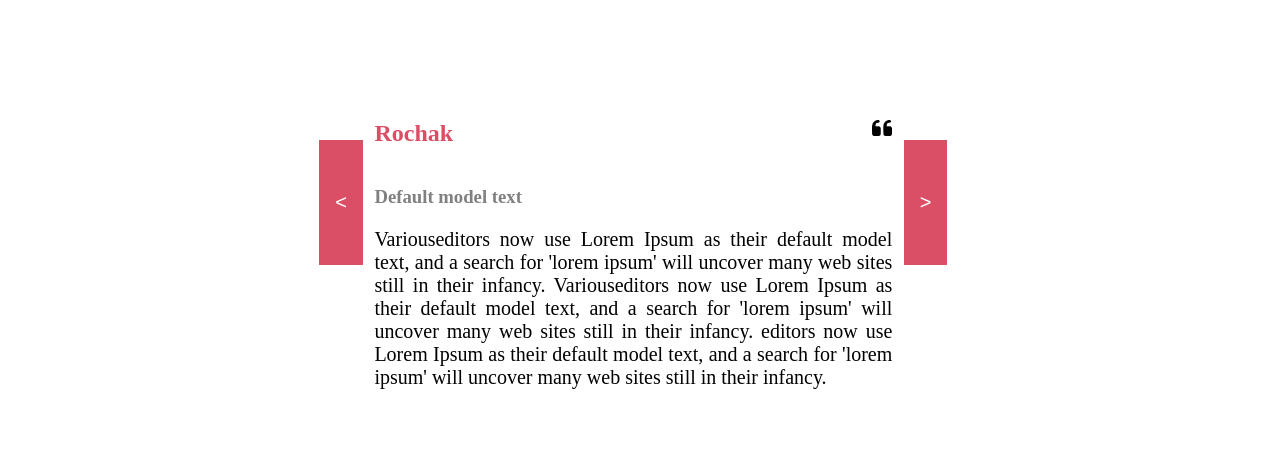
Repository: AVINKUMARP/gifts
Page: demo2.html
These files come from the project's save history. The page is drawn as it stood at one moment and after the next save; the edit follows.
The browser window is 1280 px wide. The pictures show the whole page.

Above is the page before, as saved 2023-08-24 14:16:20.

### demo2.html
<!DOCTYPE html>
<html lang="en">
<head>
    <meta charset="UTF-8">
    <meta name="viewport" content="width=device-width, initial-scale=1.0">
    <title>Document</title>
    <style>
        .container{
            display: flex;
            flex-wrap: wrap;
            text-align: center;
            margin: 100px 300px;
        }
        .cbutl{
            width: 10%;
        }
        .cpara{
            width: 78%;
        }
        .cbutr{
            width: 10%;
        }
        .csub{
            display: flex;
            flex-wrap: wrap;
            justify-content: space-between;
        }
        .cbutl button{
            background-color: #db4f66;
            color: white;
            border:1px solid #db4f66;
            padding: 50px 15px;
            font-size: 20px;
        }
        .cbutl{
            padding-top: 40px;
        }
        .csub h2{
            text-align: start;

        }
        .ch h2{
            color:#db4f66;
        }
        .cpara h3{
            color:gray;
        }
        .cpara h3{
            text-align: start;
        }
        .cpara p{
            text-align: justify;
            font-size: 20px;
        }
        .cicon{
            padding-top: 20px;
            text-align: end;
        }
    </style>
</head>
<body>
    <div class="container">
        <div class="cbutl"><button><</button></div>
        <div class="cpara">
            <div class="csub">
                <div class="ch"><h2>Rochak</h2>
                </div>
                <div class="cicon"><img src="./images/icon.png" alt="loading..." width="8%"></div>
            </div>
            <h3>Default model text</h3>
            <p>Variouseditors now use Lorem Ipsum as their default model text, and a search for 'lorem ipsum' will uncover many web sites still in their infancy. Variouseditors now use Lorem Ipsum as their default model text, and a search for 'lorem ipsum' will uncover many web sites still in their infancy. editors now use Lorem Ipsum as their default model text, and a search for 'lorem ipsum' will uncover many web sites still in their infancy.</p>
        </div>
        <div class="cbutl"><button>></button></div>
    </div>
</body>
</html>

After the next save:
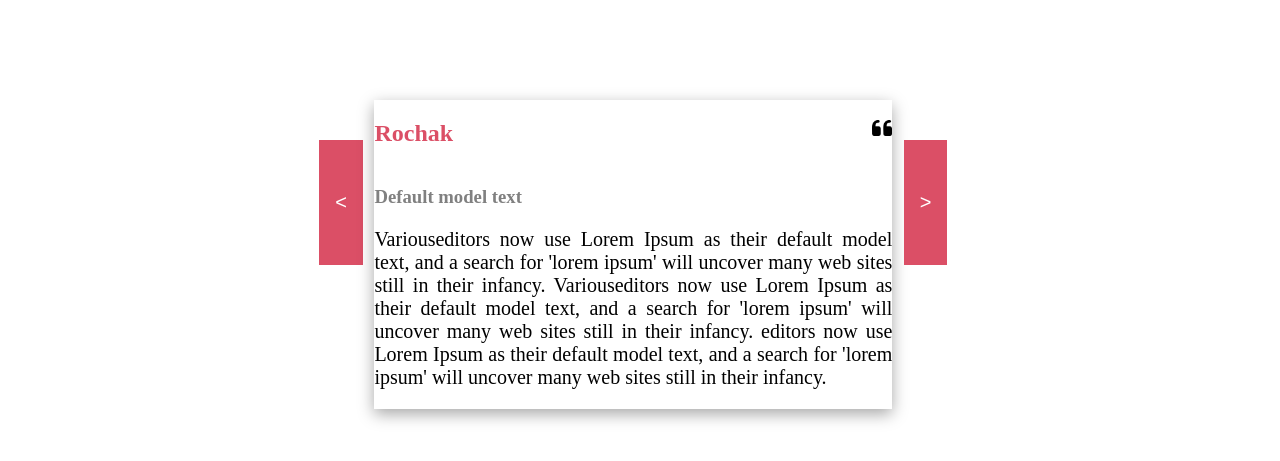
Saved 55 s later.
--- a/demo2.html
+++ b/demo2.html
@@ -16,6 +16,7 @@
         }
         .cpara{
             width: 78%;
+            box-shadow: rgba(0, 0, 0, 0.35) 0px 5px 15px;
         }
         .cbutr{
             width: 10%;
